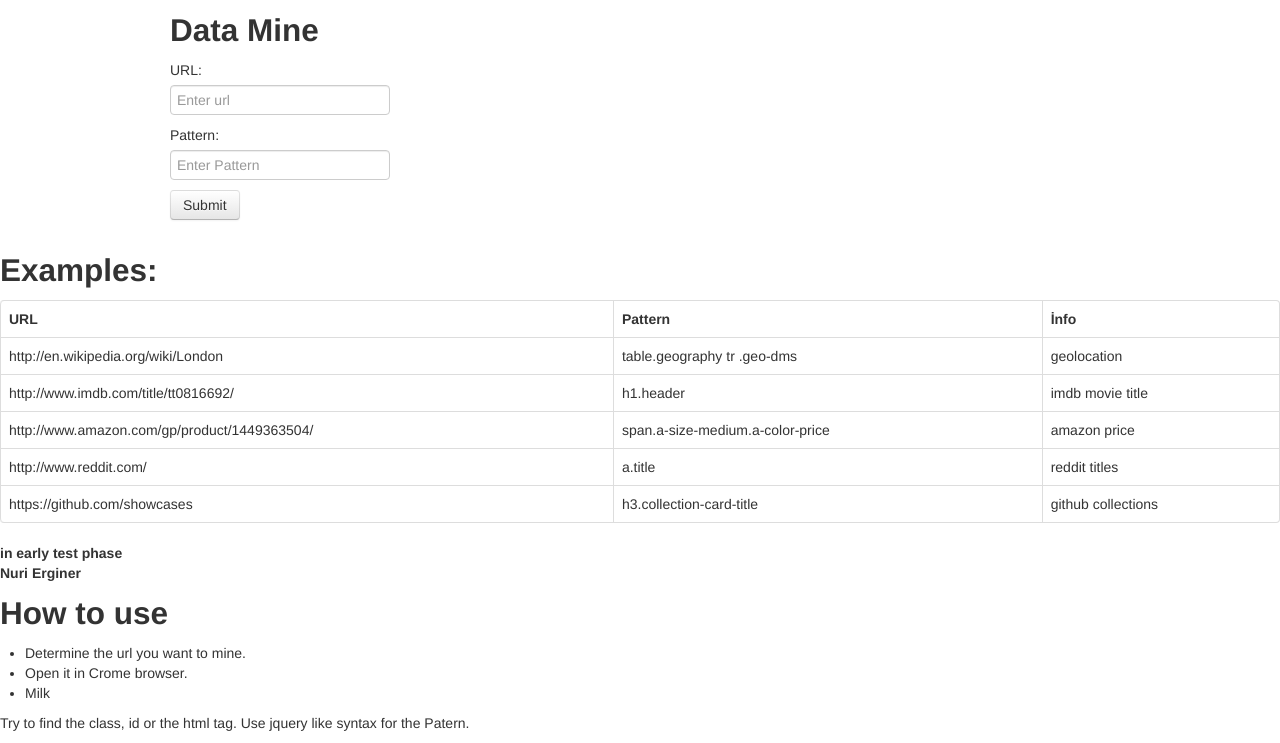
Repository: nerginer/datamine
Page: client/index.html
The author's editor kept a record of every edit. The page is drawn from the files as they stood at one moment, then again after the next edit.
The browser window is 1280 px wide. The pictures show the whole page.

Above is the page before.

### client/index.html
<!DOCTYPE html>
<html>
<head>
<meta charset="utf-8" />
<title>Data Mine</title>
<link rel="stylesheet" type="text/css" href="css/bootstrap.min.css">
</head>
<body>


<div class="container">
      <h2>Data Mine</h2>
       <form action="/" method="post">
        <div class="form-group">
          <label for="text">URL:</label>
          <input type="text" class="form-control" name="URL" placeholder="Enter url">
        </div>
        <div class="form-group">
          <label for="text">Pattern:</label>
          <input type="text" class="form-control" name="Pattern" placeholder="Enter Pattern">
        </div>

        <button type="submit" class="btn btn-default">Submit</button>
      </form>
</div>




            <h2>Examples:</h2>








<table class="table table-bordered">
  <tr>
    <th>URL</th>
    <th>Pattern</th>
    <th>İnfo</th>
  </tr>
  <tr>
    <td>http://en.wikipedia.org/wiki/London</td>
    <td>table.geography tr .geo-dms</td>
    <td>geolocation</td>
  </tr>
  <tr>
    <td>http://www.imdb.com/title/tt0816692/</td>
    <td>h1.header</td>
    <td>imdb movie title</td>
  </tr>
  <tr>
    <td>http://www.amazon.com/gp/product/1449363504/</td>
    <td>span.a-size-medium.a-color-price</td>
    <td>amazon price</td>
  </tr>
  <tr>
    <td>http://www.reddit.com/</td>
    <td>a.title</td>
    <td>reddit titles</td>
  </tr>
    <tr>
    <td>https://github.com/showcases</td>
    <td>h3.collection-card-title</td>
    <td>github collections</td>
  </tr>
</table>


<h5>in early test phase <br>
Nuri Erginer</h5>

<h2>How to use</h2>
<ul>
  <li>Determine the url you want to mine.</li>
  <li>Open it in Crome browser.</li>
  <li>Milk</li>
</ul>


<p> Try to find the class, id or the html tag. Use jquery like syntax for the Patern.</p>
</body>
</html>

Loaded but not shown: client/css/bootstrap.min.css (library)

After the next edit:
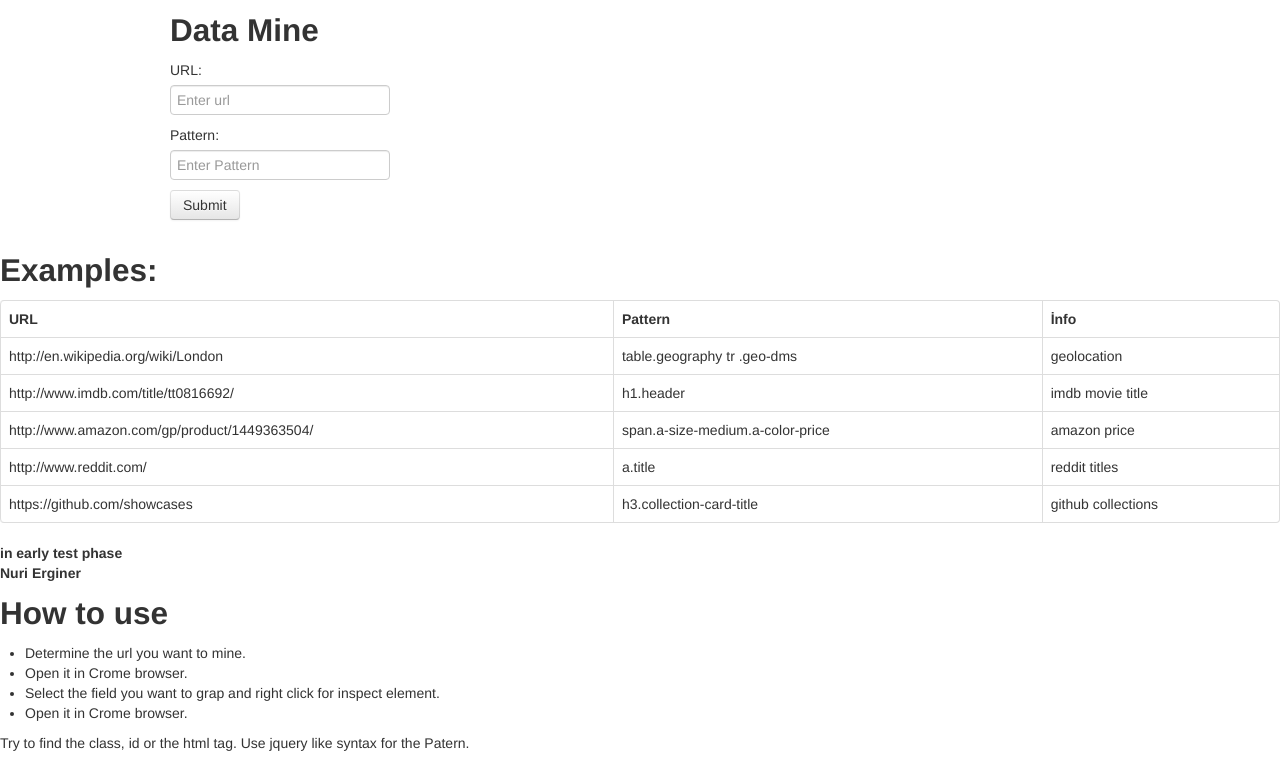
The edit:
--- a/client/index.html
+++ b/client/index.html
@@ -77,7 +77,8 @@
 <ul>
   <li>Determine the url you want to mine.</li>
   <li>Open it in Crome browser.</li>
-  <li>Milk</li>
+  <li>Select the field you want to grap and right click for inspect element.</li>
+  <li>Open it in Crome browser.</li>
 </ul>
 
 
